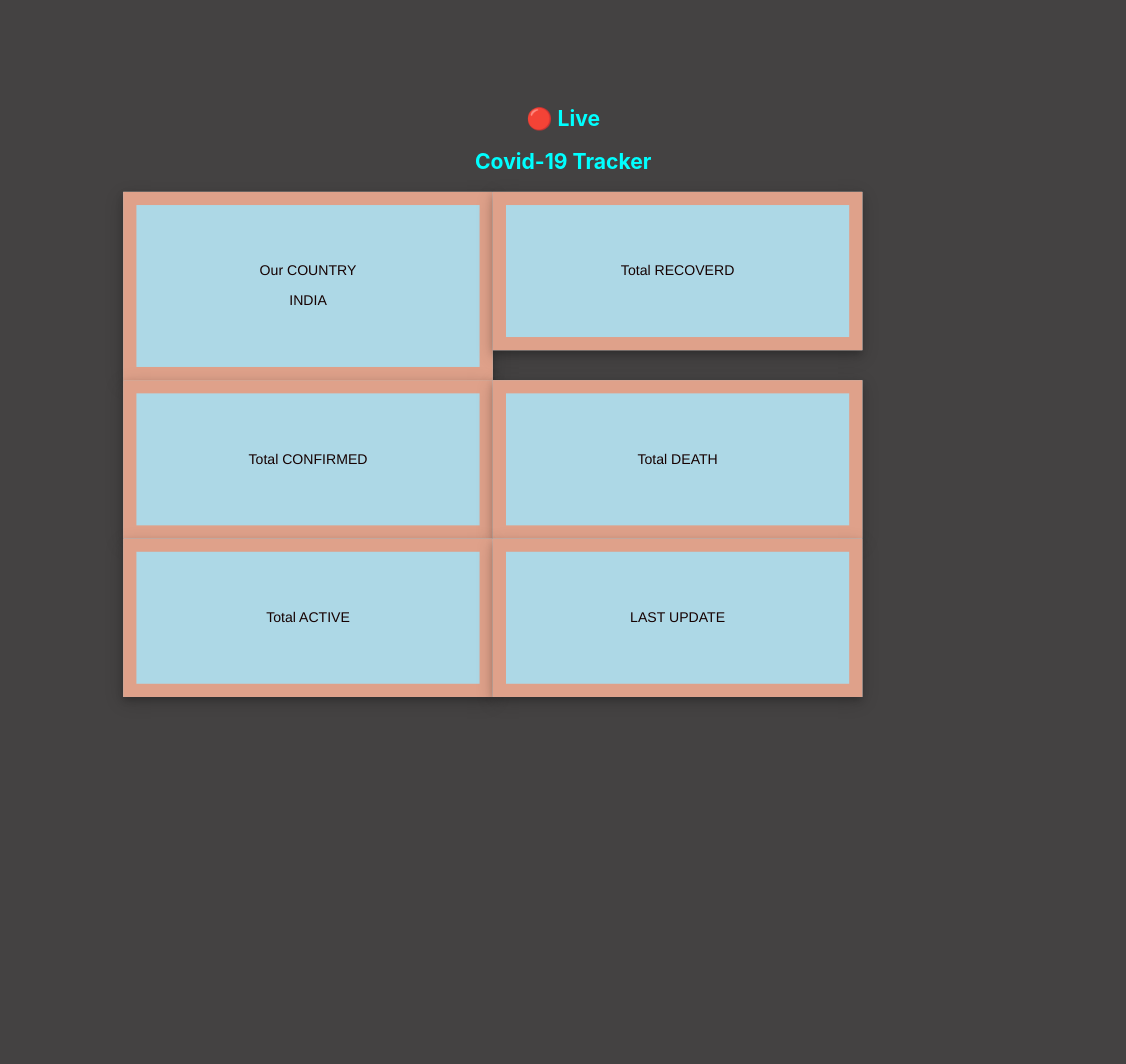
Repository: Aniketlamage/covid19-dashboard
Page: /
These files come from the project's save history. The page is drawn as it stood at one moment and after the next save; the edit follows.
The browser window is 1280 px wide. The pictures show the whole page, at 88% of full size.
The page's requests for data from a server got no answer. The project was rebuilt for these pictures with package versions that can differ from the ones it lists, and the page was loaded fresh each time. No one was signed in, and anything a server would have sent is missing.

Above is the page before, as saved 2021-09-30 17:04:31.

After the next save:
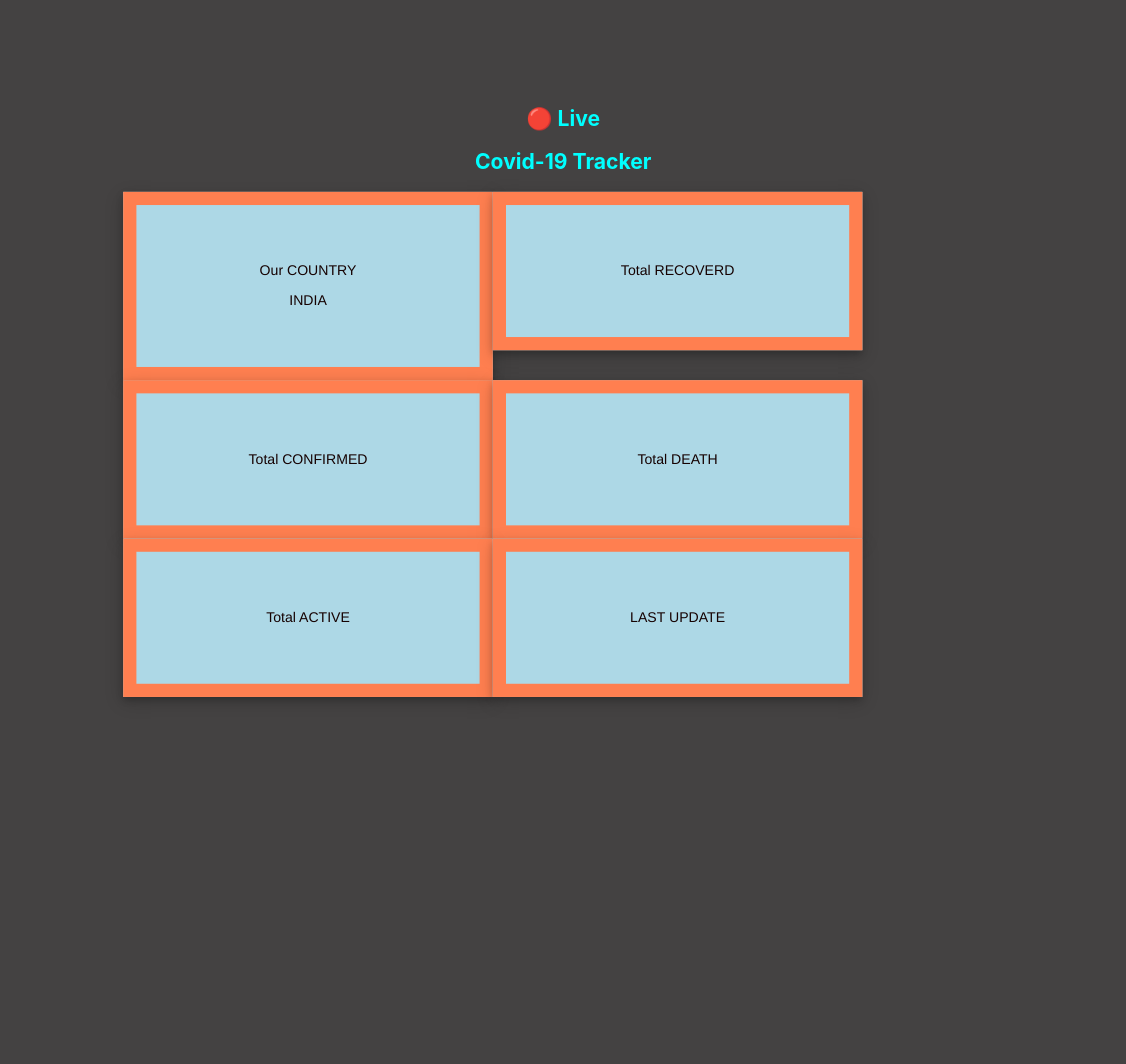
Saved 39 s later.
--- a/src/components/covid.css
+++ b/src/components/covid.css
@@ -33,10 +33,11 @@
     box-shadow: 0 4px 8px 0 rgba(0, 0, 0, 0.2), 0 6px 20px 0 rgba(0, 0, 0, 0.19);
     border: 15px solid coral;
     animation: mymove 5s infinite;
+    @keyframes mymove {
+        50% {border-color: lightblue;}
+      }
   }
-  @keyframes mymove {
-    50% {border-color: lightblue;}
-  }
+
 .card_main {
     height: 150px;
     width: 400px;

After the save that followed:
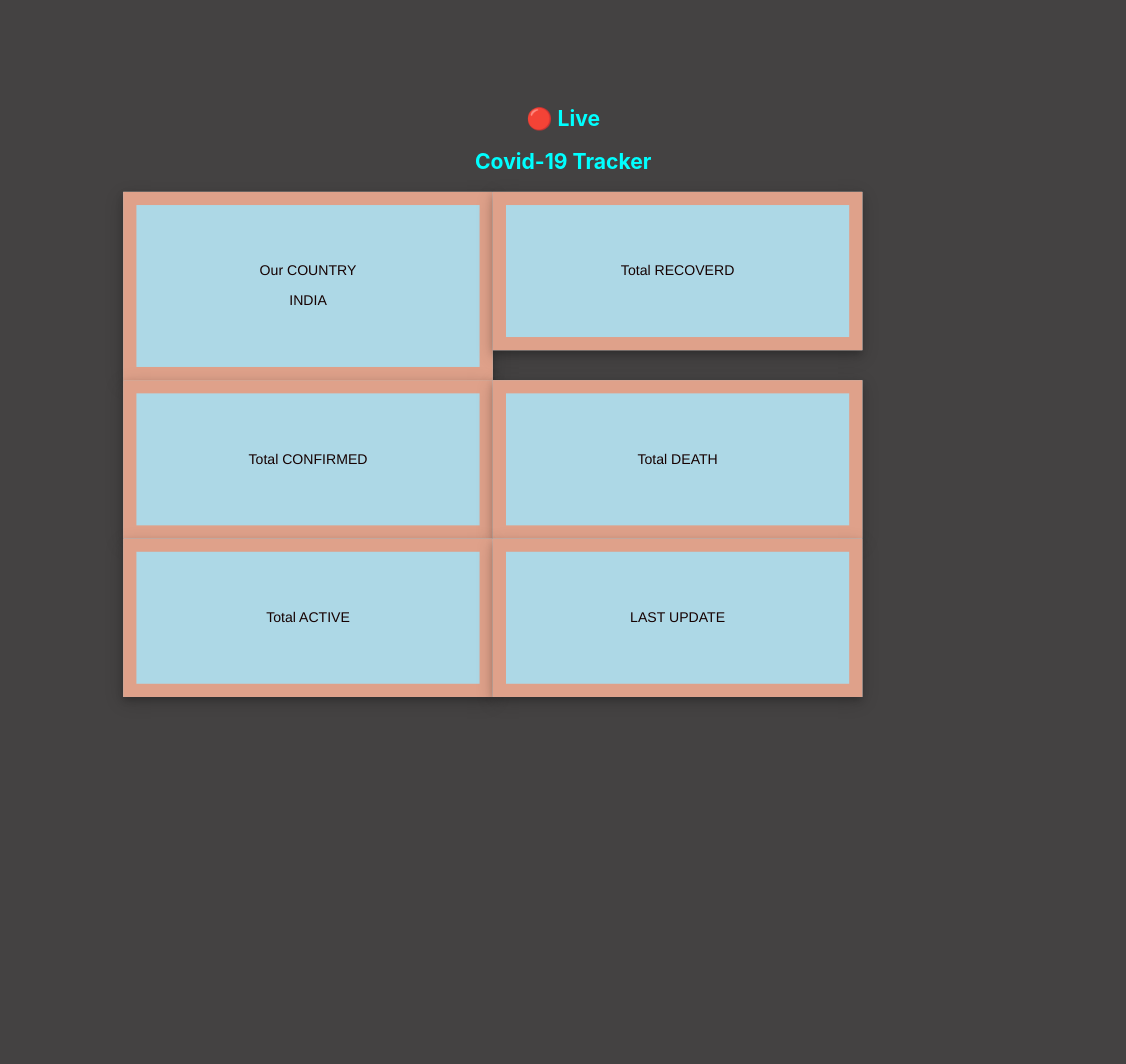
Saved 64 s later.
--- a/src/components/covid.css
+++ b/src/components/covid.css
@@ -32,10 +32,11 @@
     align-items: center;
     box-shadow: 0 4px 8px 0 rgba(0, 0, 0, 0.2), 0 6px 20px 0 rgba(0, 0, 0, 0.19);
     border: 15px solid coral;
-    animation: mymove 5s infinite;
-    @keyframes mymove {
-        50% {border-color: lightblue;}
-      }
+    animation: border 5s infinite;
+
+  }
+  @keyframes border {
+    50% {border-color: lightblue;}
   }
 
 .card_main {
